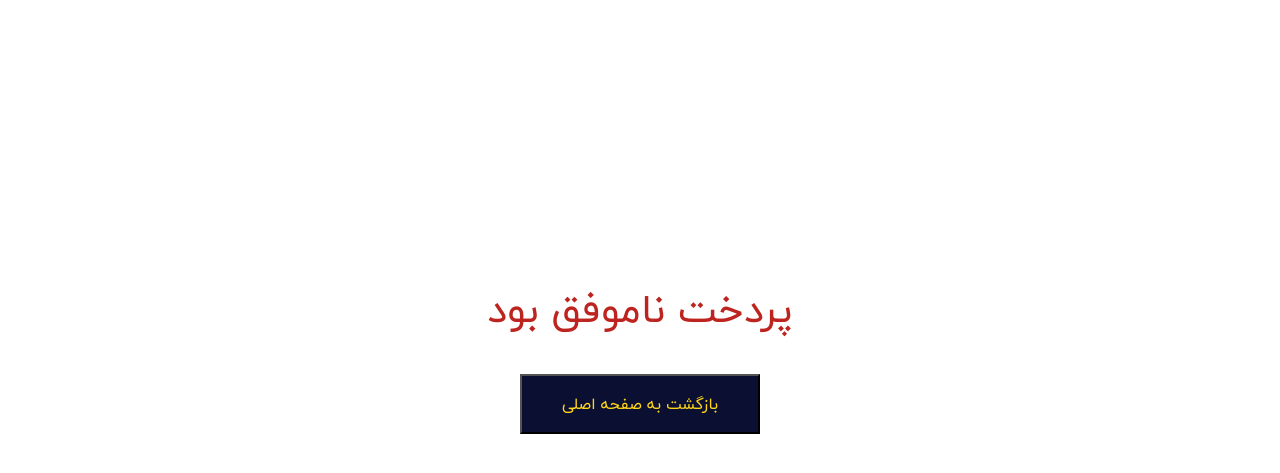
Repository: nightwolf-041/pisheyar-panel-user
Page: /payment
An editor plug-in stored every save of this project. The page is shown before and after the next save, followed by the edit.
The browser window is 1280 px wide. The pictures show the whole page.
The project was rebuilt for these pictures with package versions that can differ from the ones it lists, and the page was loaded fresh each time. Also part of the build but not shown: src/components/privateRoutes/PrivateRoute.jsx, src/components/privateRoutes/PrivateRouteLogin.jsx, src/components/notfound/NotFound.jsx.

Above is the page before, as saved 2020-07-23 14:28:26.

After the next save:
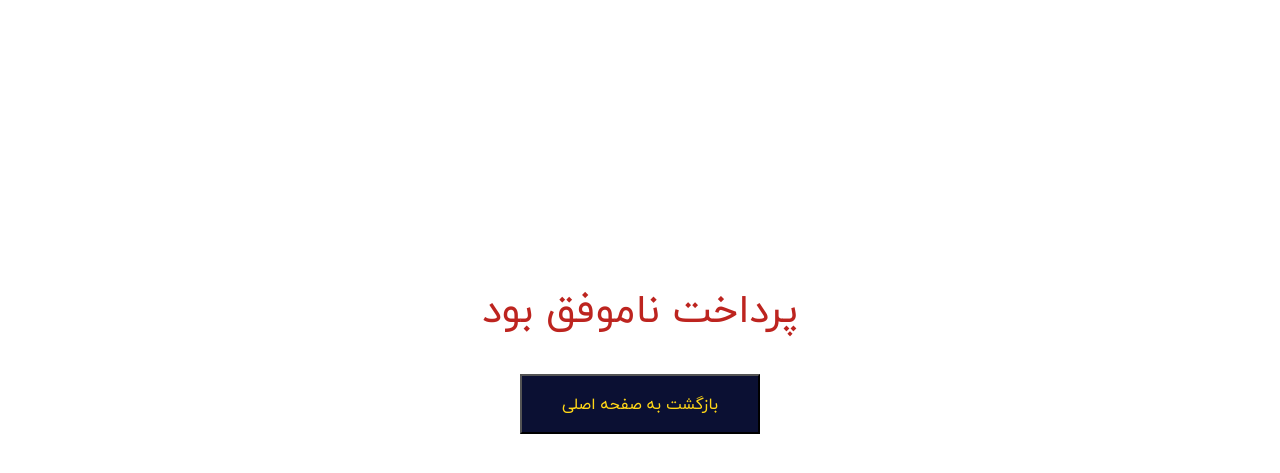
Saved 19 s later.
--- a/src/components/paymentPage/PaymentPage.jsx
+++ b/src/components/paymentPage/PaymentPage.jsx
@@ -28,7 +28,7 @@
                 </h2>
                 :
                 <h2 className={classes.paymentPageResultFail}>
-                    پردخت ناموفق بود
+                    پرداخت ناموفق بود
                 </h2>
             }
             <button type="button" className={classes.paymentPageButton}
